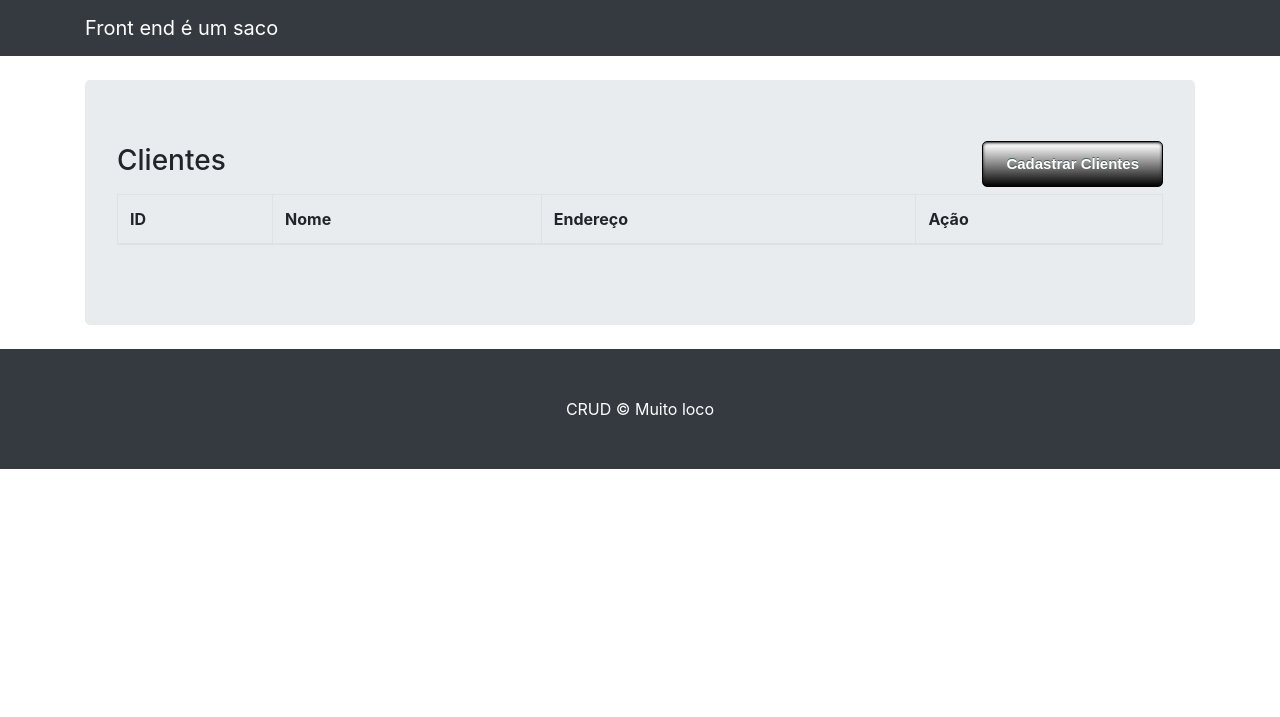
Repository: LucasMontalvao/PHPDACS2020
Page: http://localhost/projeto/site/index.php
The author's editor kept a record of every edit. The page is drawn from the files as they stood at one moment, then again after the next edit.
The browser window is 1280 px wide. The pictures show the whole page.
The page is run by PHP 8.4 with error messages shown; the project is at /var/www/html/. Queries for data that is not in the repository find no rows.

Above is the page before.

After the next edit:
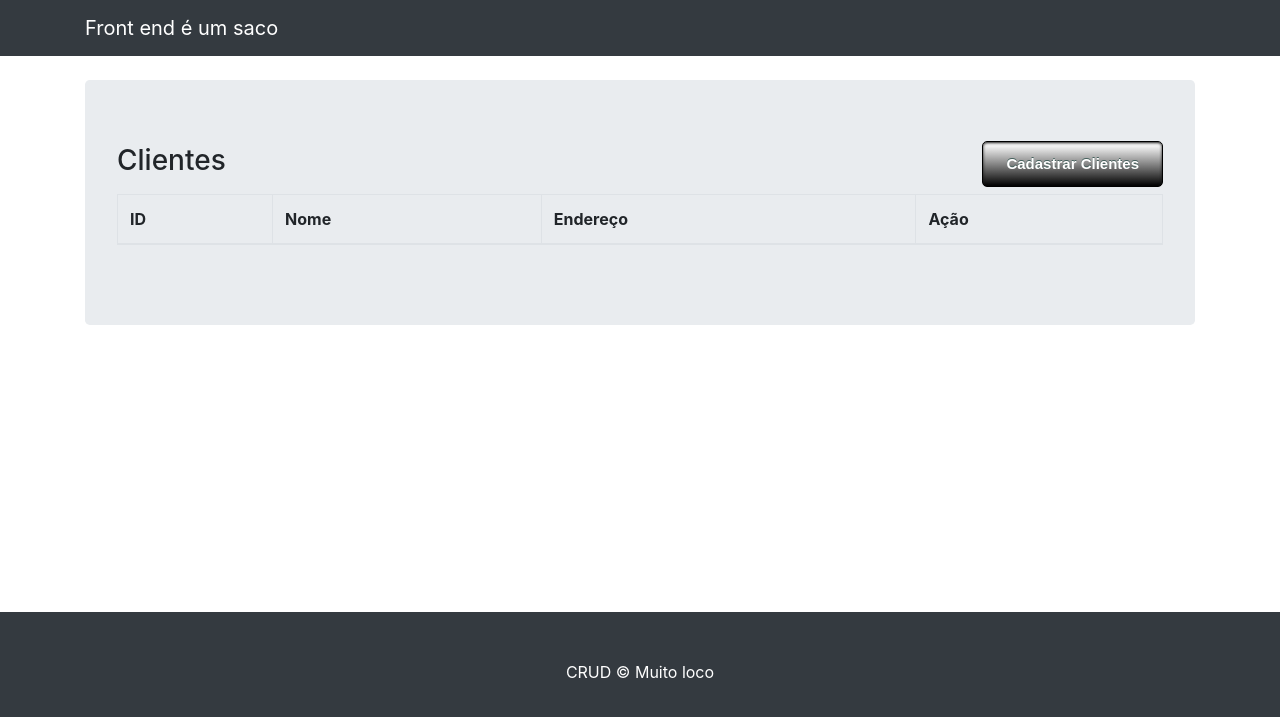
The edit:
--- a/projeto/site/index.php
+++ b/projeto/site/index.php
@@ -91,7 +91,7 @@
 
 
   <!-- Footer -->
-  <footer class="py-5 bg-dark">
+  <footer class="py-5 bg-dark" style="position:absolute; bottom:0; width: 100%; height: 15%;">
     <div class="container">
       <p class="m-0 text-center text-white">CRUD &copy; Muito loco</p>
     </div>
